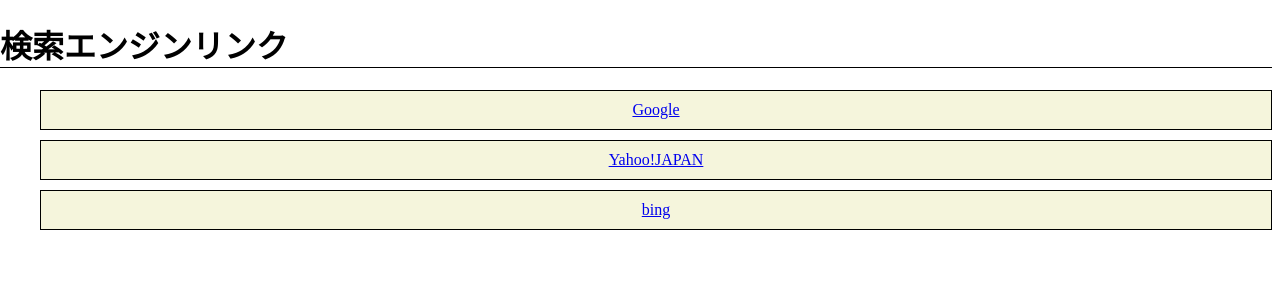
Repository: tomimaler/dc_work_tamachi_inagaki_html
Page: challenge_box/challenge_box.html
The author's editor kept a record of every edit. The page is drawn from the files as they stood at one moment, then again after the next edit.
The browser window is 1280 px wide. The pictures show the whole page.

Above is the page before.

After the next edit:
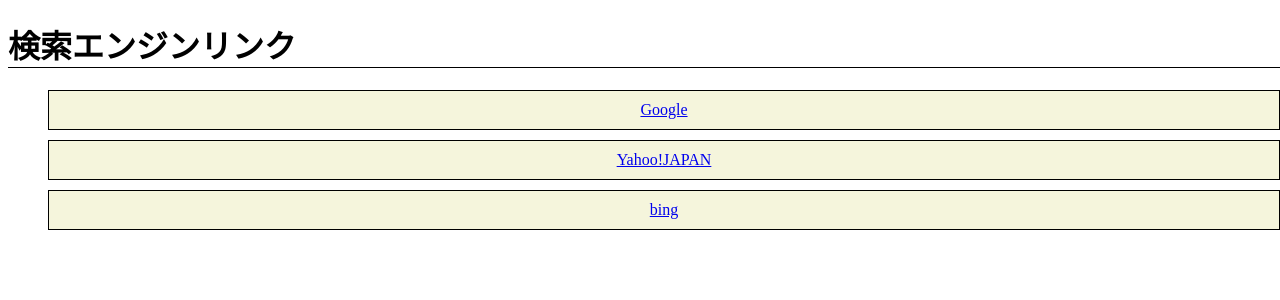
The edit:
--- a/challenge_box/challenge_box.css
+++ b/challenge_box/challenge_box.css
@@ -1,5 +1,5 @@
 body {
-    margin-left:0;
+    margin-right:auto;
 }
 
 h1 {
